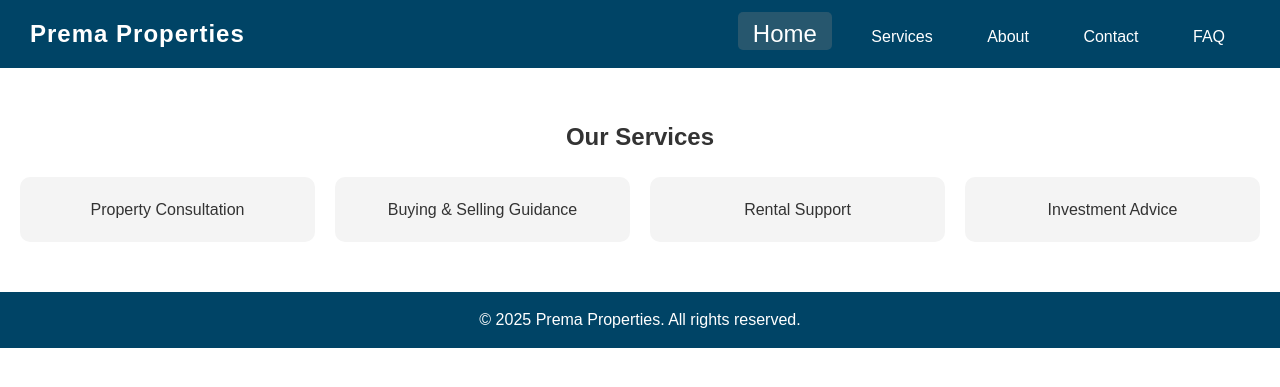
Repository: mnqobiMenzi/Prema-Properties
Page: services.html
These files come from the project's save history. The page is drawn as it stood at one moment and after a run of saves; the edit follows.
The browser window is 1280 px wide. The pictures show the whole page.
The pointer rests on the first visible `header nav a`.

Above is the page before, as saved 2025-10-04 08:40:16.

After the next 4 saves:
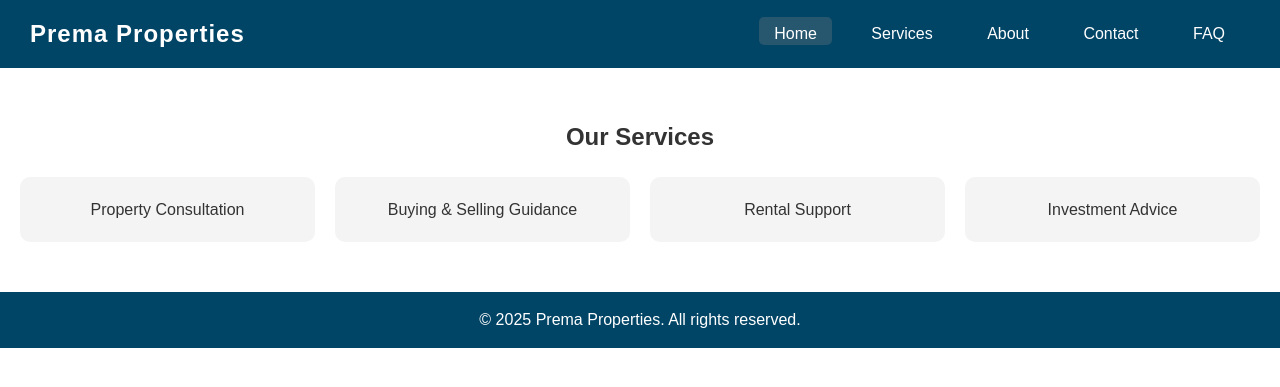
The 4 saves are shown as one change because they came seconds apart.
The last was saved 51 s later.
--- a/CSS/style.css
+++ b/CSS/style.css
@@ -47,7 +47,6 @@ header nav a:hover {
   background: rgba(128, 128, 128, 0.3);
   /* border-bottom: 2px solid #ffcc00; */
   padding-bottom: 3px;
-  font-size: 1.5em;
 }
 /* Active link */
 header nav a.active {
